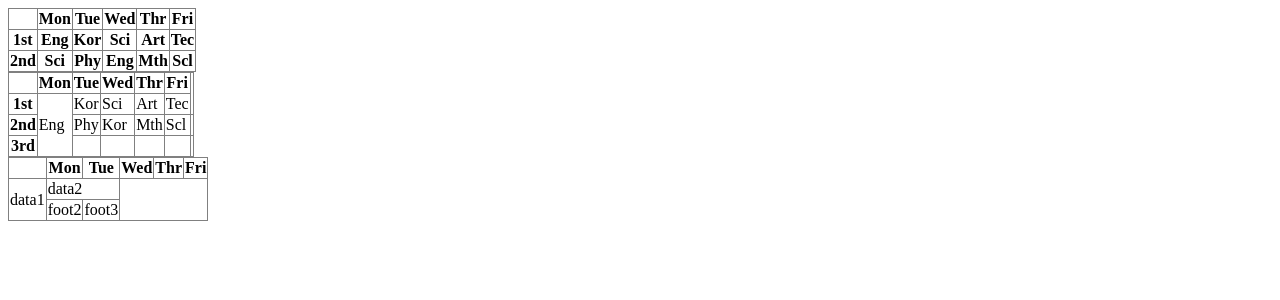
Repository: LucestDail/WebEclipse-Workspace
Page: htmlProject/WebContent/Test1.html
The author's editor kept a copy of each file at every save. The page is drawn from the files as they stood at one save, then again after the next save.
The browser window is 1280 px wide. The pictures show the whole page.

Above is the page before, as saved 2020-11-05 06:49:48.

### htmlProject/WebContent/Test1.html
<!DOCTYPE html>
<html>
<head>
<meta charset="UTF-8">
<title>Insert title here</title>
</head>
<body>
<table border = "1" style = "border-collapse :collapse;">
<tr>
	<th></th>
	<th>Mon</th>
	<th>Tue</th>
	<th>Wed</th>
	<th>Thr</th>
	<th>Fri</th>
</tr>
<tr>
	<th>1st</th>
	<th>Eng</th>
	<th>Kor</th>
	<th>Sci</th>
	<th>Art</th>
	<th>Tec</th>
</tr>
<tr>
	<th>2nd</th>
	<th>Sci</th>
	<th>Phy</th>
	<th>Eng</th>
	<th>Mth</th>
	<th>Scl</th>
</tr>
</table>


<table border = "1" style = "border-collapse :collapse;">
<tr>
	<th></th>
	<th>Mon</th>
	<th>Tue</th>
	<th>Wed</th>
	<th>Thr</th>
	<th>Fri</th>
</tr>
<tr>
	<th>1st</th>
	<td rowspan = "3">Eng</td>
	<td>Kor</td>
	<td>Sci</td>
	<td>Art</td>
	<td>Tec</td>
</tr>
<tr>
	<th>2nd</th>
	<td>Phy</td>
	<td>Kor</td>
	<td>Mth</td>
	<td>Scl</td>
	<th></th>
</tr>
<tr>
	<th>3rd</th>
	<th></th>
	<th></th>
	<th></th>
	<th></th>
	<th></th>
</tr>
</table>


<table border = "1" style = "border-collapse :collapse;">
<tr>
	<th></th>
	<th>Mon</th>
	<th>Tue</th>
	<th>Wed</th>
	<th>Thr</th>
	<th>Fri</th>
</tr>
<tr>
	<td rowspan = "2">data1</td>
	<td colspan = "2">data2</td>
</tr>
<tr><td>foot2</td><td>foot3</td></tr>
</table>


</body>
</html>

After the next save:
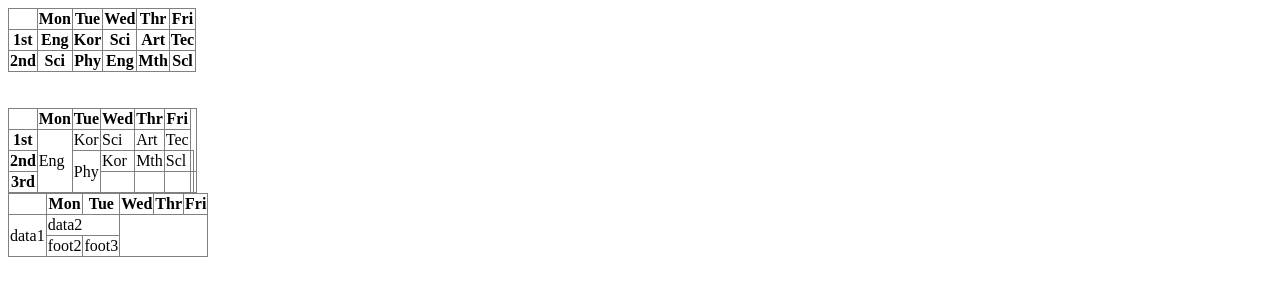
Saved 34 s later.
--- a/htmlProject/WebContent/Test1.html
+++ b/htmlProject/WebContent/Test1.html
@@ -42,6 +42,7 @@
 	<th>Thr</th>
 	<th>Fri</th>
 </tr>
+<br>
 <tr>
 	<th>1st</th>
 	<td rowspan = "3">Eng</td>
@@ -50,9 +51,10 @@
 	<td>Art</td>
 	<td>Tec</td>
 </tr>
+<br>
 <tr>
 	<th>2nd</th>
-	<td>Phy</td>
+	<td rowspan = "2">Phy</td>
 	<td>Kor</td>
 	<td>Mth</td>
 	<td>Scl</td>
